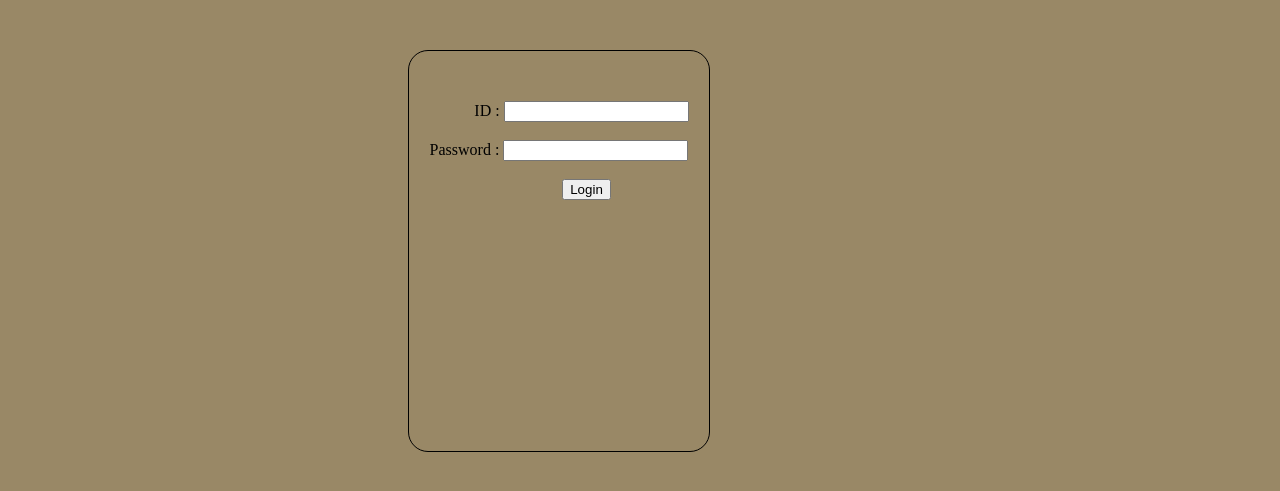
Repository: venkatasanthoshpamuru/Advance_Java_Projects
Page: http://localhost/First_JSP/
An editor plug-in stored every save of this project. The page is shown before and after the next save, followed by the edit.
The browser window is 1280 px wide. The pictures show the whole page.
The page is served by Tomcat 9. Other server files are loaded and not shown.

Above is the page before, as saved 2024-03-09 08:16:12.

### First_JSP/src/main/webapp/Form.html
<!DOCTYPE html>
<html>
  <head>
    <title>First JSP</title>
    <link rel="stylesheet" href="style.css"/>
  </head>
  <body bgcolor="#986" style="text-align: center;">

  <div id='border' >
    <form method="post" action="./LoginServlet" id="content">
     <label style="display:inline-block;margin-left: 45px">ID : </label>
     <input type="text" name="userid" id="userid" required/><br><br>
     <label>Password : </label>
     <input type="password" name="password" id="password" required/><br><br>
     <button type="submit" style="margin-left: 55px">Login</button>
    </form>
    </div>

  </body>
</html>

### First_JSP/src/main/webapp/style.css
@charset "ISO-8859-1";

#border{
	border:1px solid black;
	border-radius:20px;
	width:300px;
	height:400px;
	margin-left:400px;
	margin-top:50px;
}

#content{
	align-items: center;
	margin-top:50px;
}

After the next save:
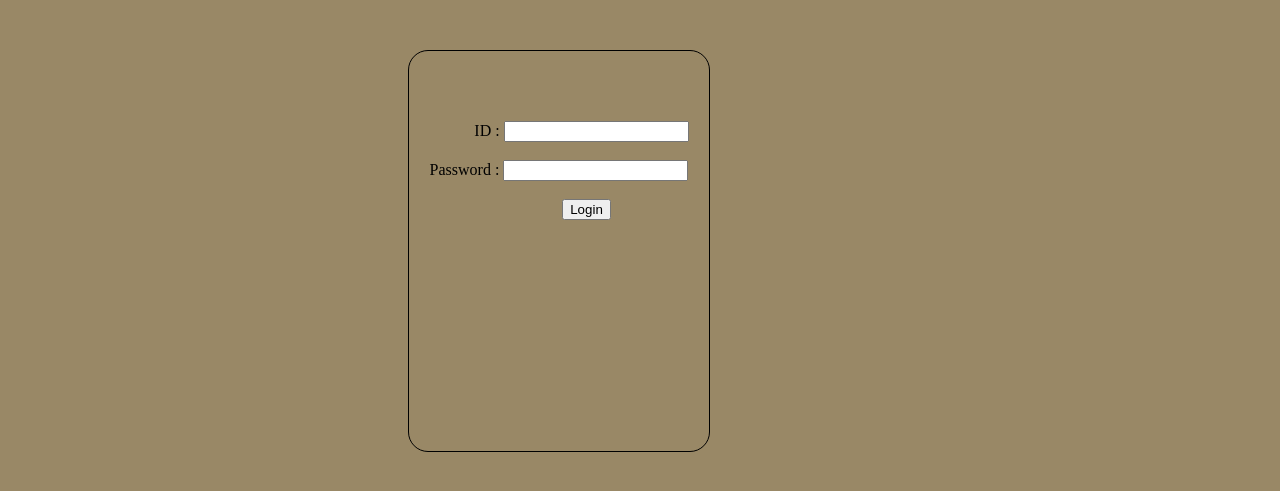
Saved 55 s later.
--- a/First_JSP/src/main/webapp/style.css
+++ b/First_JSP/src/main/webapp/style.css
@@ -11,5 +11,5 @@
 
 #content{
 	align-items: center;
-	margin-top:50px;
+	margin-top:70px;
 }
